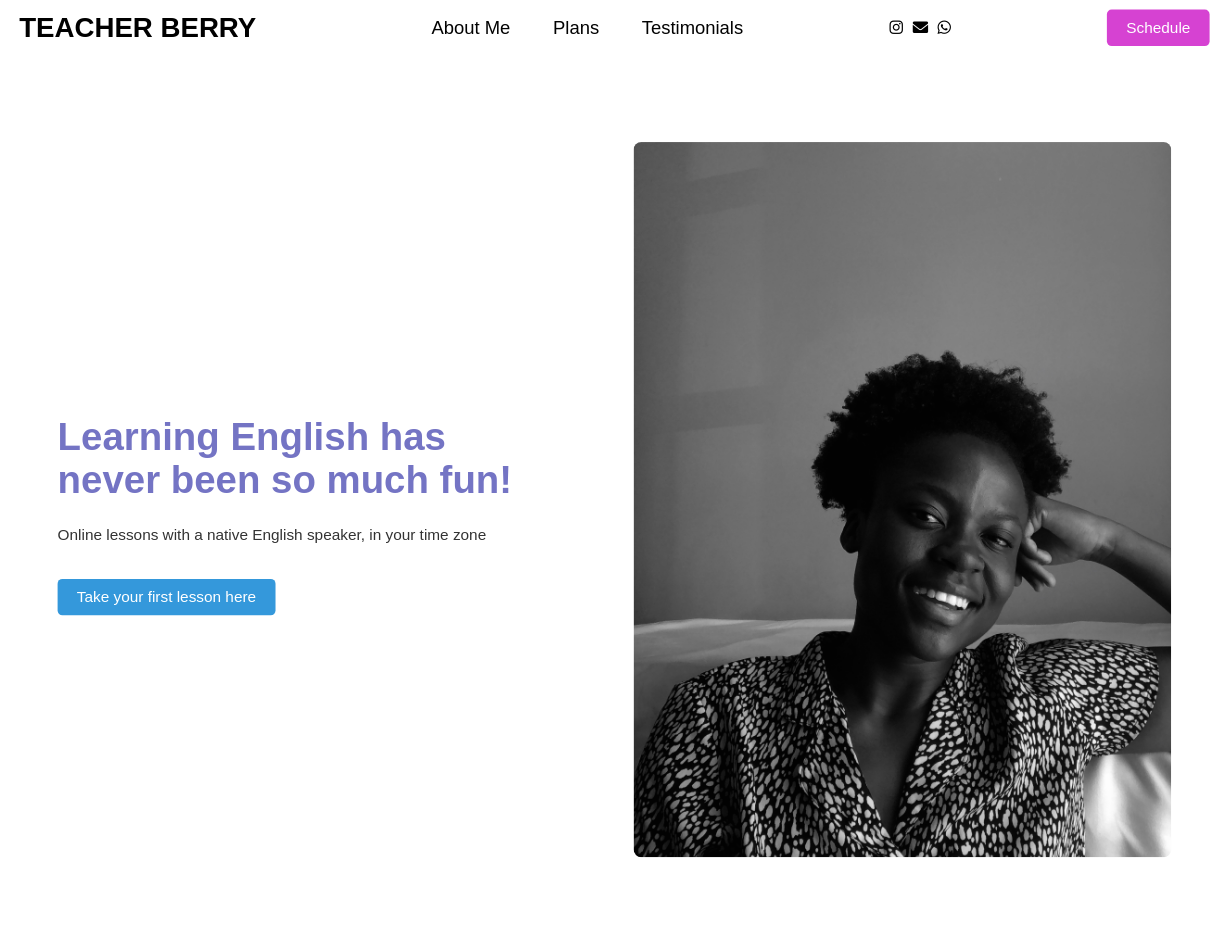
Repository: ntandomagana/esl-landing-page
Page: index.html
An editor plug-in stored every save of this project. The page is shown before and after the next save, followed by the edit.
The browser window is 1280 px wide. The pictures show the whole page, at 96% of full size.

Above is the page before, as saved 2024-07-16 23:45:21.

### index.html
<!DOCTYPE html>
<html lang="en">
<head>
    <meta charset="UTF-8">
    <meta name="viewport" content="width=device-width, initial-scale=1.0">
    <link rel="stylesheet" href="https://cdnjs.cloudflare.com/ajax/libs/font-awesome/6.0.0-beta3/css/all.min.css">

    <title>Berry's English</title>
    <link rel="stylesheet" href="index.css">
</head>
<body>
    <!-- Header Section -->
    <header>
        <div class="header-container">
            <div class="logo">Teacher Berry</div>
            <nav>
                <ul>
                    <li><a href="#about">About Me</a></li>
                    <li><a href="#services">Plans</a></li>
                    <li><a href="#testimonials">Testimonials</a></li>

                </ul>
            </nav>
            <div class="social-links">
                <a href="#" class="social-link"><i class="fab fa-instagram"></i></a>
                <a href="mailto:berry@example.com" class="social-link"><i class="fas fa-envelope"></i></a>
                <a href="https://wa.me/1234567890" class="social-link"><i class="fab fa-whatsapp"></i></a>
            </div>
            <a href="#contact" class="schedule-button">Schedule</a>
        </div>
    </header>

    <!-- Left and right division -->
     <section class="content-section">
        <div class="content-wrapper">
            <div class="left-content">
                <h2>Learning English has <br />
                    never been so much fun!</h2>
                <p>Online lessons with a native English speaker, in your time zone</p>
                <a href="#contact" class="action-button">Take your first lesson here</a>
            </div>

            <div class="right-content">
                <img src="./assets/bwpp.jpg" alt="Teacher Berry's Image">

            </div>
        </div>

     </section>
    </footer>
</body>
</html>

### index.css
/* styles.css */

body {
    font-family: Arial, Helvetica, sans-serif;
    margin: 0;
    padding: 0;
}

.header-container {
    display: flex;
    justify-content: space-between;
    align-items: center;
    padding: 10px 20px;
    background-color: white;

}

.logo {
    font-size: 1.8rem;
    font-weight: bold;
    text-transform: uppercase;
    color: black;
}

nav {
    margin-left: 20px; /* Add margin to the left of the entire nav element */
}

nav ul {
    list-style-type: none;
    padding: 0;
    margin: 0;
}

nav ul li {
    display: inline;
    margin: 20px; /* Adjust margin to add space between list items */
}

nav ul li:last-child {
    margin-right: 0;
}

nav ul li a {
    color: rgb(2, 2, 2);
    text-decoration: none;
    font-size: 1.2rem;
}

.social-links {
    display: flex;
    align-items: center;
    margin-right: 20px;
}

.social-link {
    margin-left: 10px;
    display: inline-block;
    color: black;
}

.schedule-button {
    padding: 10px 20px;
    background-color: #d642d2;
    color: #fff;
    text-decoration: none;
    border-radius: 5px;
    transition: background-color 0.3s ease;
}

.schedule-button:hover {
    background-color: #489fbc;
}

.content-section {
    padding: 50px 0;
    text-align: center;
}

.content-wrapper {
    display: flex;
    justify-content: space-around;
    align-items: stretch;
    max-width: 1200px;
    margin: 20px auto;
}

.left-content {
    flex: 1;
    padding: 20px;
    text-align: left;
    display: flex;
    flex-direction: column;
    justify-content: center;
    align-items: flex-start;
}


.left-content h2 {
    font-size: 2.5rem;
    color: rgb(116, 116, 196);
    margin-bottom: 10px;
    width: 100%;
}

.left-content p {
    font-size: 1rem;
    color: #333;
    width: 100%;
}

.right-content {
    flex: 1;
    padding: 20px;
    text-align: center;
    display: flex;
    justify-content: center;
    align-items: center;
}

.right-content img {
    max-width: 100%;
    height: auto;
    max-height: 800px; /* Example maximum height, adjust as needed */
    border-radius: 8px;
    /* Optional: Adds a subtle shadow */
}

.action-button {
    display: inline-block;
    padding: 10px 20px;
    background-color: #3498db;
    color: #fff;
    text-decoration: none;
    border-radius: 5px;
    transition: background-color 0.3s ease;
    margin-top: 20px; /* Add space above the button */
    position: relative;
     z-index: 1;
}

.action-button:hover {
    background-color: #2980b9;
}

After the next save:
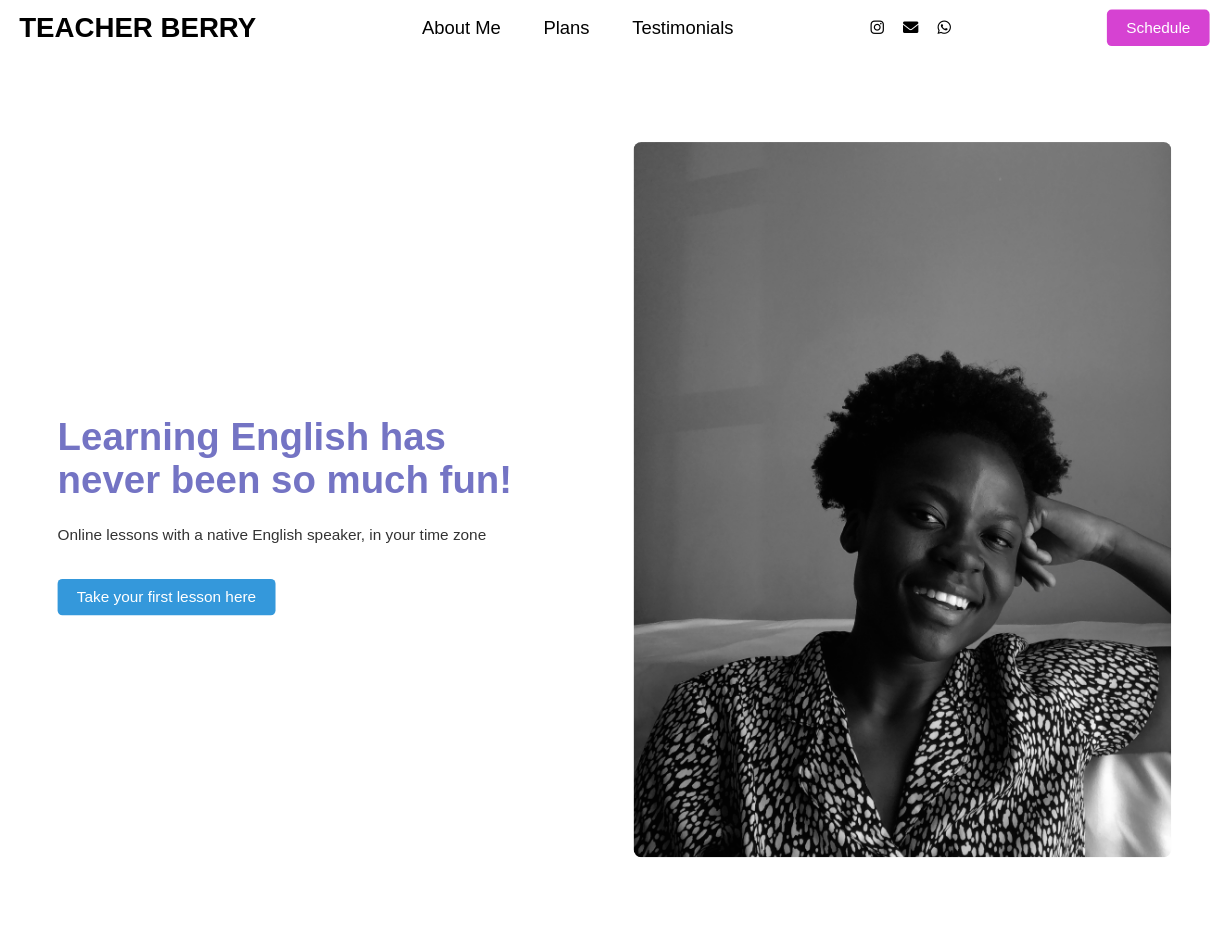
Saved 10 s later.
--- a/index.css
+++ b/index.css
@@ -54,7 +54,7 @@ nav ul li a {
 }
 
 .social-link {
-    margin-left: 10px;
+    margin: 10px;
     display: inline-block;
     color: black;
 }
